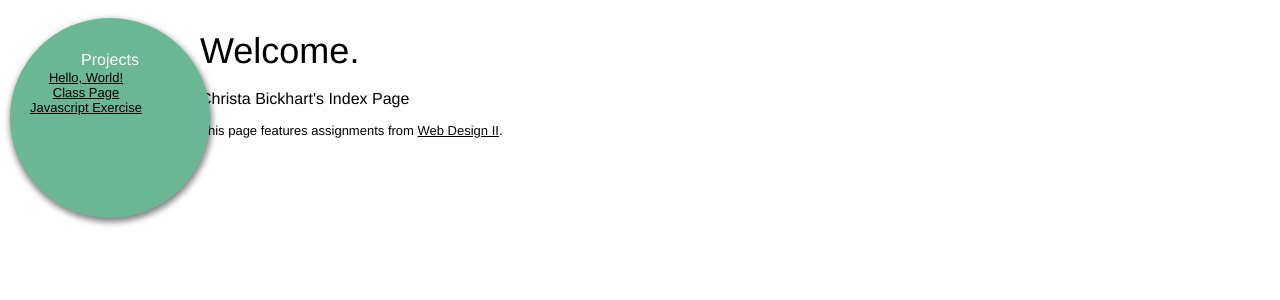
Repository: cbickhar/cbickhar.github.io
Page: index.html
The author's editor kept a record of every edit. The page is drawn from the files as they stood at one moment, then again after the next edit.
The browser window is 1280 px wide. The pictures show the whole page.

Above is the page before.

After the next edit:
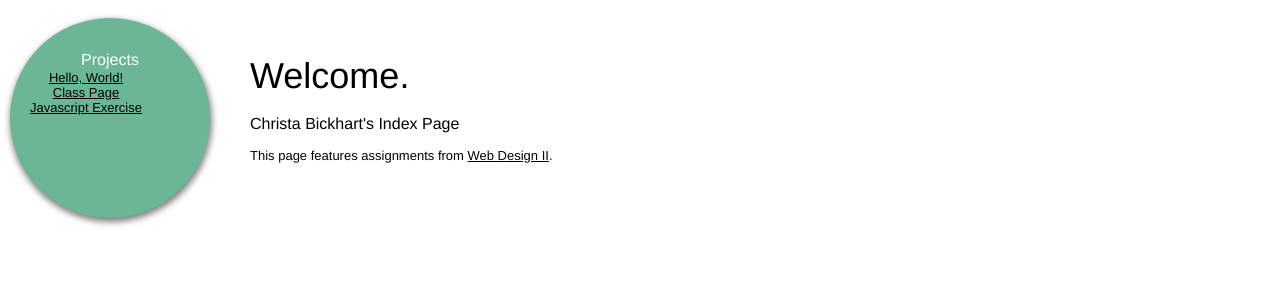
The edit:
--- a/styles.css
+++ b/styles.css
@@ -5,8 +5,8 @@
     color: black;
     text-align: left;
     width: 400px;
-    margin-left: 200px;
-    margin-top: 30px;
+    margin-left: 250px;
+    margin-top: 55px;
 }
 
 a {
